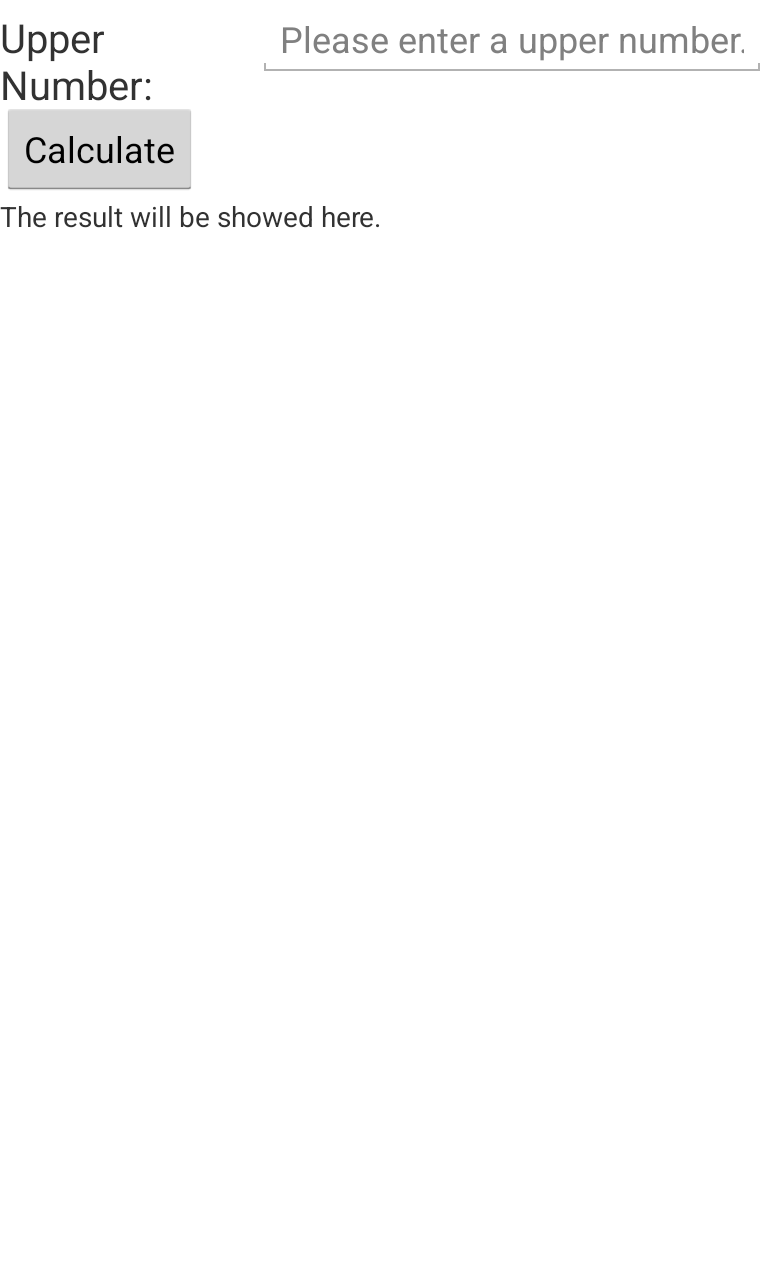
Repository: Liu-D-Henrry/Android
Layout: DemoHandler/res/layout/calculator.xml
These files come from the project's save history. The layout is drawn as it stood at one moment and after the next save; the edit follows.
It is drawn on a 768 x 1280 px phone screen (xhdpi) without system bars, with theme AppTheme; the app's code is not run.

Above is the layout before, as saved 2013-08-28 07:31:00.

### DemoHandler/res/layout/calculator.xml
<?xml version="1.0" encoding="utf-8"?>
<LinearLayout xmlns:android="http://schemas.android.com/apk/res/android"
    android:layout_width="match_parent"
    android:layout_height="match_parent"
    android:orientation="vertical" >

    <LinearLayout
        android:layout_width="match_parent"
        android:layout_height="wrap_content"
        android:orientation="horizontal" >

    	<TextView
     	   	android:layout_width="0dp"
     	   	android:layout_height="wrap_content"
			android:layout_weight="1"
			android:textSize="20sp"
        	android:text="@string/textNum" />

    	<EditText
        	android:id="@+id/editNum"
        	android:layout_width="0dp"
       		android:layout_height="wrap_content"
       		android:layout_weight="2"
       		android:hint="@string/textHint"
        	android:inputType="number" />

    </LinearLayout>

    <Button
        android:id="@+id/calculate"
        android:layout_width="wrap_content"
        android:layout_height="wrap_content"
        android:text="@string/buttonCalculate" />

    <TextView
        android:id="@+id/result"
        android:layout_width="match_parent"
        android:layout_height="match_parent"
        android:text="@string/result" />

</LinearLayout>

### DemoHandler/res/values/strings.xml
<?xml version="1.0" encoding="utf-8"?>
<resources>

    <string name="app_name">DemoHandler</string>
    <string name="action_settings">Settings</string>
    <string name="hello_world">Hello world!</string>

    <string name="textNum">Upper Number: </string>
    <string name="textHint">Please enter a upper number.</string>
    <string name="buttonCalculate">Calculate</string>
    <string name="result">The result will be showed here.</string>

</resources>

Loaded but not shown: DemoHandler/res/values/styles.xml (common file); DemoHandler/res/values-v11/styles.xml (common file); DemoHandler/res/values-v14/styles.xml (common file)

After the next save:
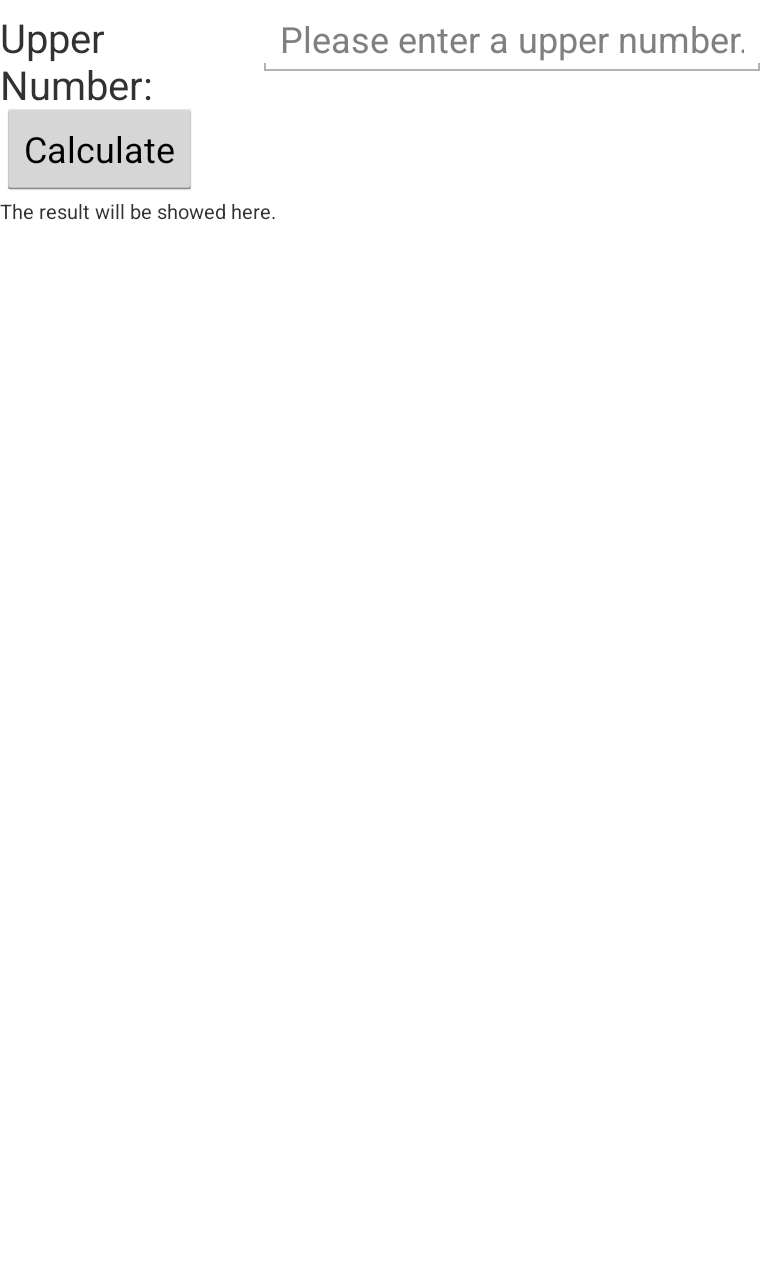
Saved 27 s later.
--- a/DemoHandler/res/layout/calculator.xml
+++ b/DemoHandler/res/layout/calculator.xml
@@ -36,6 +36,7 @@
         android:id="@+id/result"
         android:layout_width="match_parent"
         android:layout_height="match_parent"
+        android:textSize="10sp"
         android:text="@string/result" />
 
 </LinearLayout>
